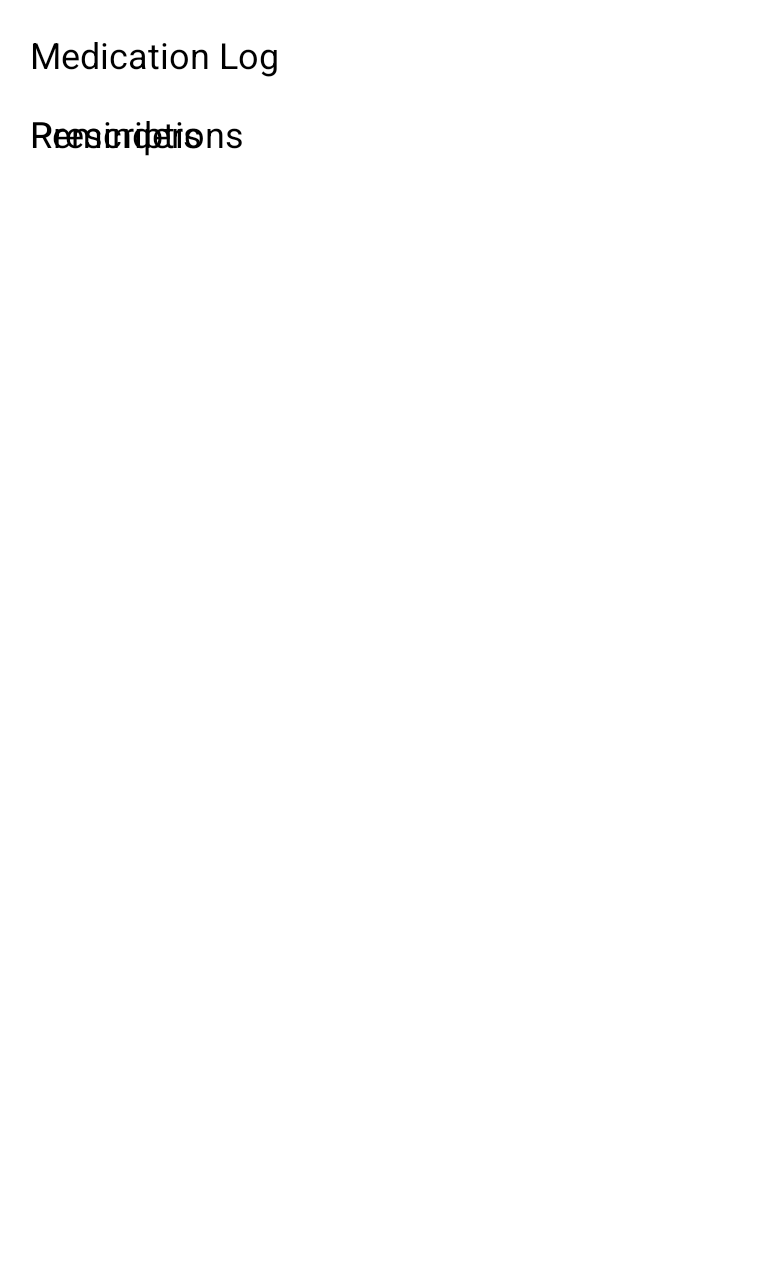
Repository: ranika/pilltracker
Layout: PillTracker/res/layout/fragment_main.xml
The author's editor kept a copy of each file at every save. The layout is drawn from the files as they stood at one save, then again after the next save.
It is drawn on a 768 x 1280 px phone screen (xhdpi) without system bars, with theme AppTheme; the app's code is not run.

Above is the layout before, as saved 2014-04-10 02:36:00.

### PillTracker/res/layout/fragment_main.xml
<RelativeLayout xmlns:android="http://schemas.android.com/apk/res/android"
    android:layout_width="fill_parent"
    android:layout_height="fill_parent" >

    <TextView
        android:id="@+id/textView1"
        android:layout_width="wrap_content"
        android:layout_height="wrap_content"
        android:layout_alignParentLeft="true"
        android:layout_alignParentTop="true"
        android:layout_marginLeft="15dp"
        android:layout_marginTop="15dp"
        android:text="@string/med_log"
        android:textAppearance="?android:attr/textAppearanceMedium" />

    <TextView
        android:id="@+id/textView2"
        android:layout_width="wrap_content"
        android:layout_height="wrap_content"
        android:layout_alignLeft="@+id/textView1"
        android:layout_below="@+id/textView1"
        android:layout_marginTop="15dp"
        android:text="@string/prescriptions"
        android:textAppearance="?android:attr/textAppearanceMedium" />

    <TextView
        android:id="@+id/textView3"
        android:layout_width="wrap_content"
        android:layout_height="wrap_content"
        android:layout_alignLeft="@+id/textView1"
        android:layout_below="@+id/textView1"
        android:layout_marginTop="15dp"
        android:text="@string/reminders"
        android:textAppearance="?android:attr/textAppearanceMedium" />

</RelativeLayout>

### PillTracker/res/values/strings.xml
<?xml version="1.0" encoding="utf-8"?>
<resources>

    <string name="app_name">Pill Tracker</string>
    <string name="action_settings">Settings</string>
	<string name="med_log">Medication Log</string>
	<string name="prescriptions">Prescriptions</string>
	<string name="reminders">Reminders</string>
	<string name="doctors">Doctors</string>
	<string name="pharmacies">Pharmacies</string>
	<string name="notes">Notes</string>
	<string name="settings">Settings</string>
</resources>

Loaded but not shown: PillTracker/res/values/styles.xml (common file); PillTracker/res/values-v11/styles.xml (common file); PillTracker/res/values-v14/styles.xml (common file)

After the next save:
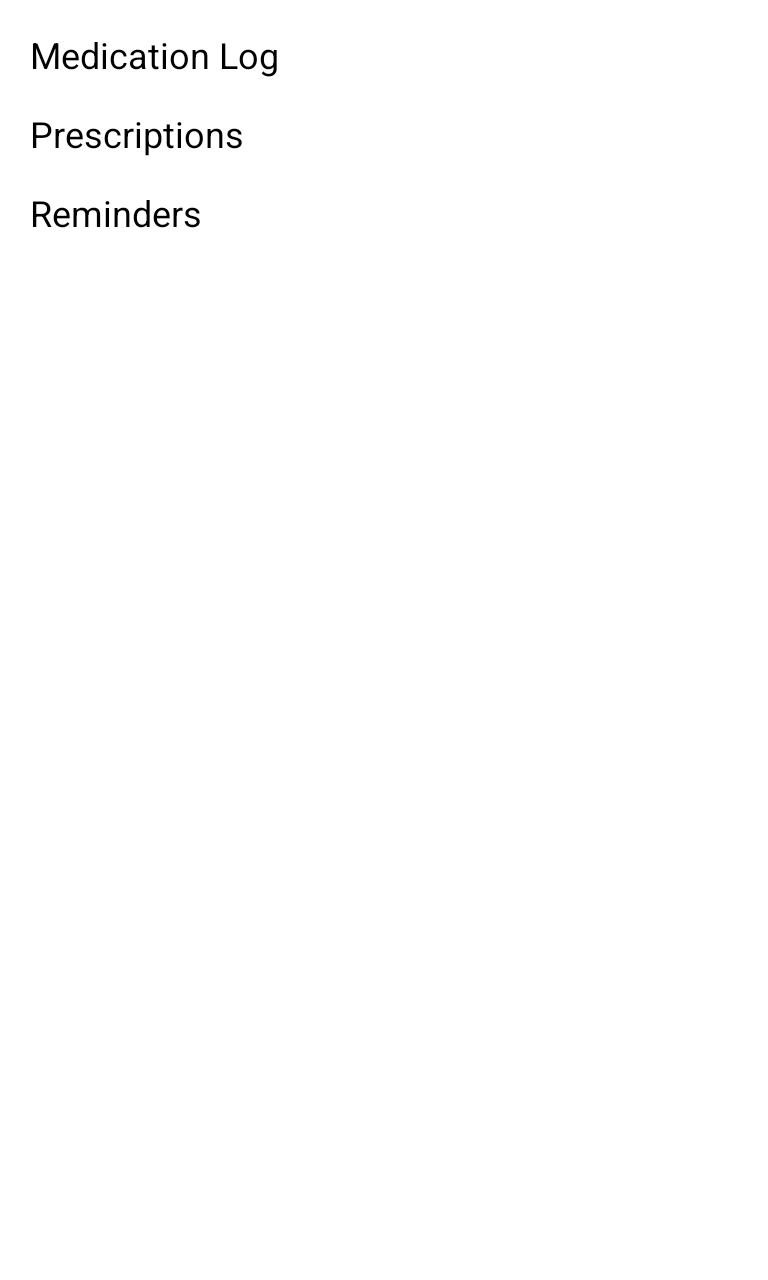
Saved 5 s later.
--- a/PillTracker/res/layout/fragment_main.xml
+++ b/PillTracker/res/layout/fragment_main.xml
@@ -27,8 +27,8 @@
         android:id="@+id/textView3"
         android:layout_width="wrap_content"
         android:layout_height="wrap_content"
-        android:layout_alignLeft="@+id/textView1"
-        android:layout_below="@+id/textView1"
+        android:layout_alignLeft="@+id/textView2"
+        android:layout_below="@+id/textView2"
         android:layout_marginTop="15dp"
         android:text="@string/reminders"
         android:textAppearance="?android:attr/textAppearanceMedium" />
